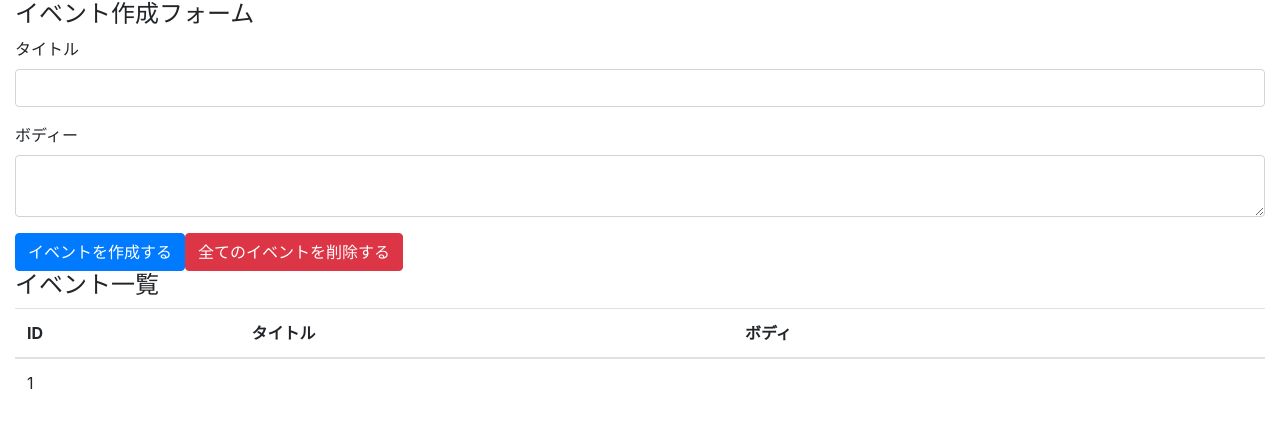
Repository: yujiuehara/my-app
Page: /, after clicking the first element matching `button.btn`
An editor plug-in stored every save of this project. The page is shown before and after the next save, followed by the edit.
The browser window is 1280 px wide. The pictures show the whole page.
The project was rebuilt for these pictures with package versions that can differ from the ones it lists, and the page was loaded fresh each time.

Above is the page before, as saved 2020-05-04 03:15:06.

After the next save:
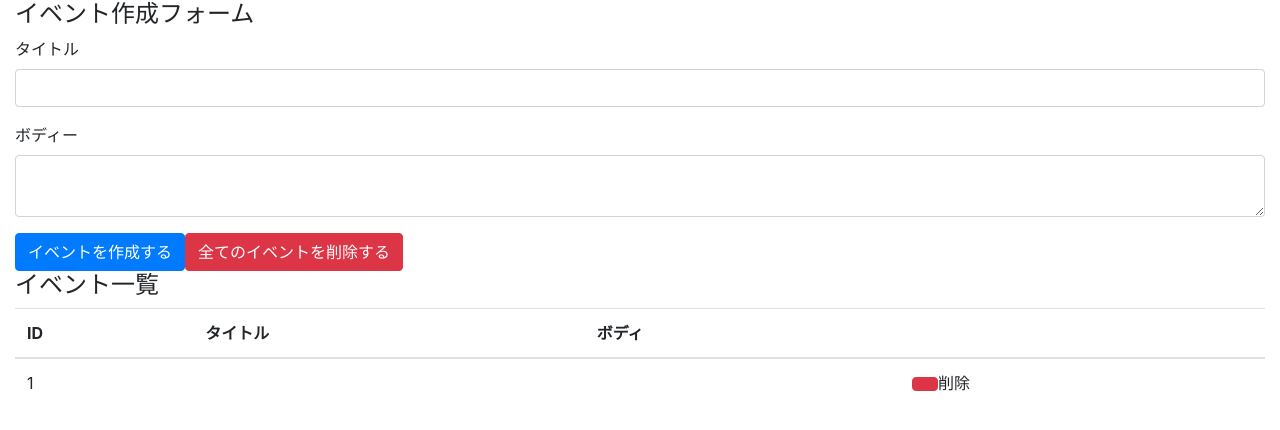
Saved 88 s later.
--- a/src/components/App.js
+++ b/src/components/App.js
@@ -55,6 +55,7 @@ const App = () => {
               <td>{event.id}</td>
               <td>{event.title}</td>
               <td>{event.body}</td>
+              <td><button type="button" className="btn btn-danger"></button>削除</td>
             </tr>
           ))}
         </tbody>
